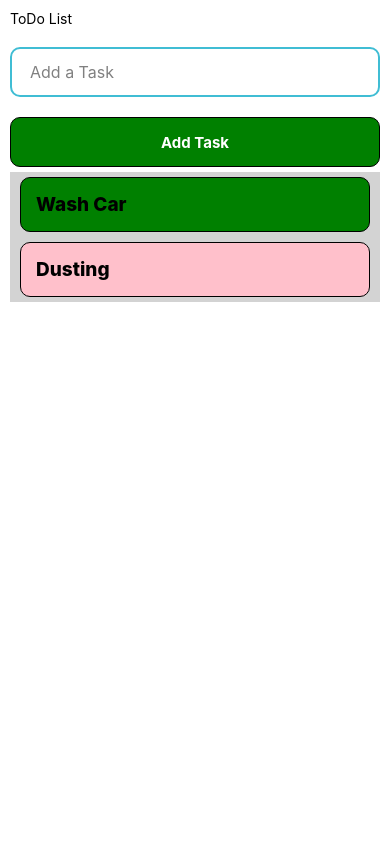
Repository: raisingh22/Projects
Screen: /
These files come from the project's save history. The screen is drawn as it stood at one moment and after the next save; the edit follows.
The app was drawn by React Native's web renderer in a window 390 px wide. The project was rebuilt for these pictures with package versions that can differ from the ones it lists, and the page was loaded fresh each time.

Above is the screen before, as saved 2024-01-21 19:20:15.

After the next save:
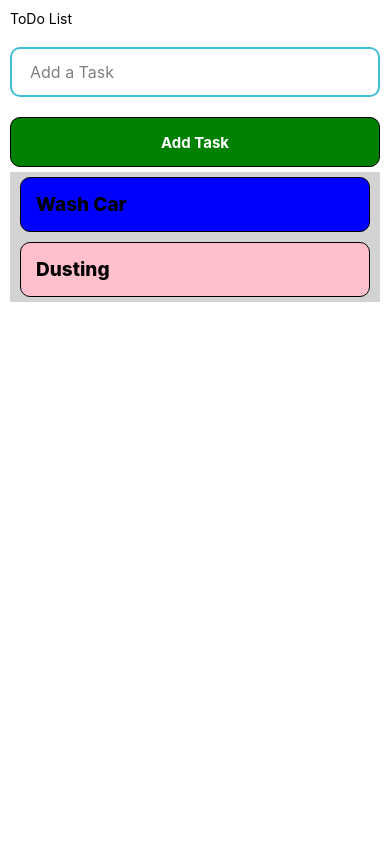
Saved 7 s later.
--- a/src/ToDoList/screens/ToDo.js
+++ b/src/ToDoList/screens/ToDo.js
@@ -42,7 +42,7 @@ const ToDo = () => {
               flexDirection: 'row',
               justifyContent: 'space-between',
               alignItems: 'center',
-              backgroundColor:  index % 2 === 0 ? 'green' :  'pink',
+              backgroundColor:  index % 2 === 0 ? 'blue' :  'pink',
               padding: 15,
               borderWidth: 1,
               marginVertical: 5,
